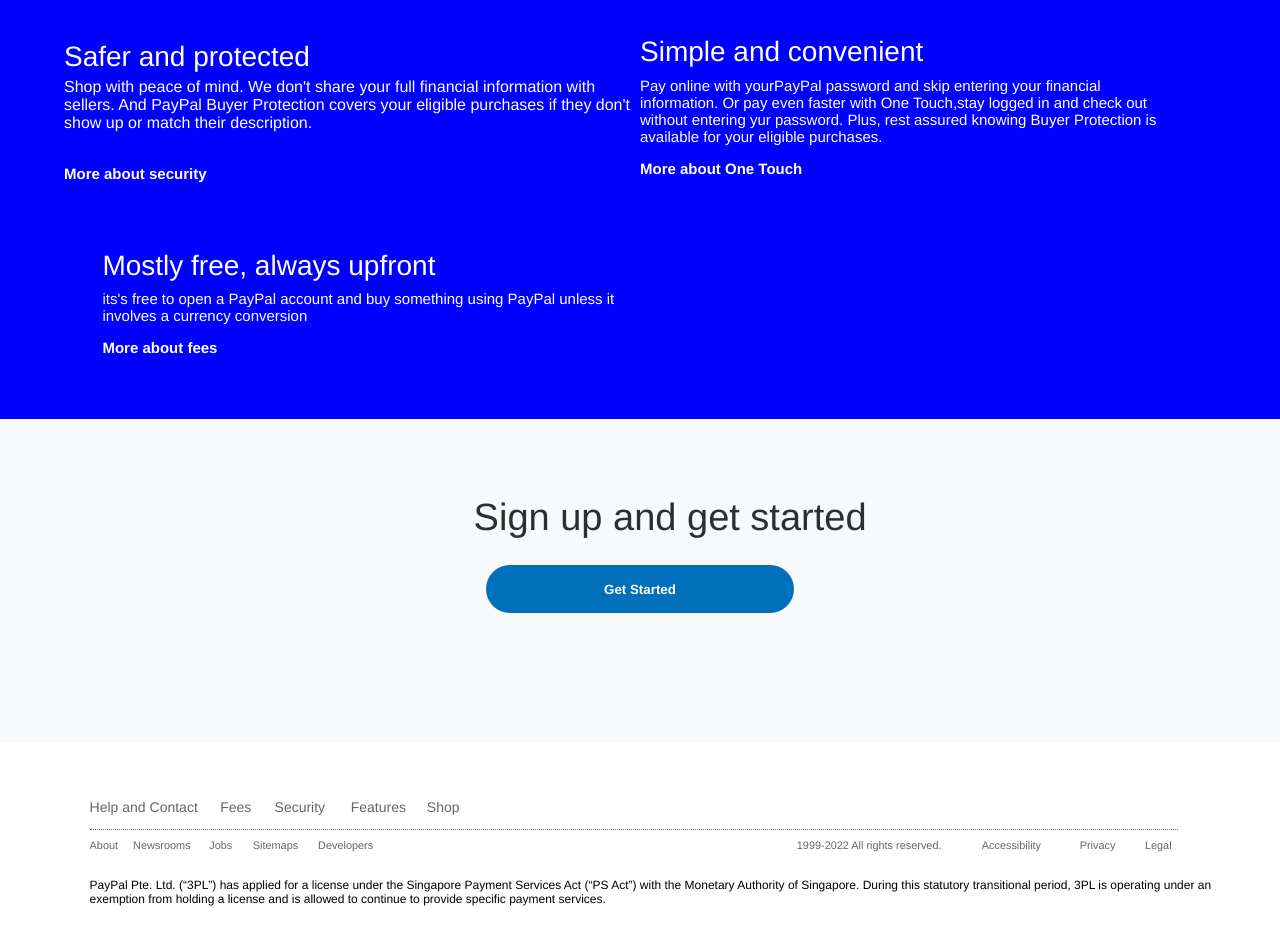
Repository: Jayeola3/Paypal
Page: ppal.html
An editor plug-in stored every save of this project. The page is shown before and after the next save, followed by the edit.
The browser window is 1280 px wide. The pictures show the part of the page from y = 1741 to 2693 px (the page is 2693 px tall).
A picture or video elsewhere on the page could not be fetched, so the positions and the page height are approximate. Some web libraries are served in a nearby version.

Above is the page before, as saved 2022-06-21 13:00:38.

### ppal.html
<!DOCTYPE html>
<html lang="en">
<head>
    <meta charset="UTF-8">
    <meta http-equiv="X-UA-Compatible" content="IE=edge">
    <meta name="viewport" content="width=device-width, initial-scale=1.0">
    <title>Document</title>
    <link rel="stylesheet" href="pay.css">
    <script src="https://kit.fontawesome.com/ae49a07b65.js" crossorigin="anonymous"></script>
    <script>
        function myFunction() {
            document.getElementById("drops").style.display="block";
        }
        </script>
</head>
<body>
    <div class="body">
        <div class="head">
            <img src="images/paypal.PNG" alt="" class="pal">
            <h3 class="sonal" onmouseover="myFunction()">Personal <i class="fa-light fas fa-angle-down"></i></h3>
            <button class="log">Log in</button>
            <button class="sign">Sign up</button>
        </div>
    </div>
    <div class="drop" id="drops">
        <a href="http://" class="link1">How PayPal Works <br><p class="lim">What can you do with a personal account</p></a>
        <a href="http://" class="link2">Pay Online <br><p class="lim2">Online payment without borders</p></a>
        <a href="http://" class="link3">Send Payments <br><p class="lim3">Send payment abroad</p></a>
        <a href="http://" class="link4">Search for Deals <br><p class="lim4">Pay with paypal and save money</p></a>
    </div>
    <div class="div1">
        <div class="in">The simpler, safer way to pay online</div>
        <button class="free">Sign up for free</button><p class="business">
        Own a business?<a href="http://"> Open a business account</a></p>
    </div>
    <div class="div2">
        <div class="ins">
            Paypal is for everyone who pays online.
        </div>
        <img src="images/1-individuals.jpg" alt="" class="indiv">
        <h3 class="individ">Individuals</h3>
        <p class="reason">Find out why we have more than 200M active accounts worldwide.</p>
        <button class="learn">Learn More</button>
    </div>
    <div class="div3">
        <div class="connect">
            Paypal connects buyers and sellers.
        </div>
        <p class="buys">For buyers <br>____________</p>
        <img src="images/buyonline_browser1.png" class="image1">
        <img src="images/buyonline_browser2.png" class="image2">
        <img src="images/buyonline_browser3.png" class="image3">
        <div class="num1">
           <p class="one"> 1</p>
        </div>
        <div class="signs">
            <p  class="steps"><a href="http://" class="links">Sign up</a> with just an email address and <br>password.</p>
        </div>
        <div class="num2">
            <p class="two"> 2</p>
         </div>
         <div class="sig">
             <p>Securely add a card.</p>
         </div>
         <div class="num3">
            <p class="three"> 3</p>
         </div>
         <div class="sigs">
             <p>Use the paypal button to check out with<br> just an email address and password.</p>
         </div>
         <button class="learns"> Learn More</button>
    </div>
    <div class="div4">
        <h2 class="active">Join 200m active PayPal accounts worldwide.</h2>
        <div class="safer">
            <h3 class="safe">Safer and protected</h3>
            <p>Shop with peace of mind. We don't share your full financial information with <br>sellers. And PayPal Buyer Protection covers your eligible purchases if they don't <br>show up or match their description.</p>
            <a href="http://" class="more" id="mores">More about security</a>
        </div>
        <div class="frees">
            <h3 class="front">Mostly free, always upfront</h3>
            <p>its's free to open a PayPal account and buy something using PayPal unless it <br>involves a currency conversion</p>
            <a href="http://" class="more">More about fees</a>
        </div>

        <div class="simple">
            <h3 class="con">Simple and convenient</h3>
            <p >Pay online with yourPayPal password and skip entering your financial <br>information. Or pay even faster with One Touch,stay logged in and check out <br>without entering yur password. Plus, rest assured knowing Buyer Protection is <br>available for your eligible purchases.</p>
            <a href="http://" class="more">More about One Touch</a>
        </div>

    </div>
    <div class="div5">
        <h2 class="start">Sign up and get started</h2>
        <button class="started"> Get Started</button>
    </div>
    <div class="help">
        <div class="move">
            <a href="http://" class="lin">Help and Contact</a>
            <a href="http://" class="win"> Fees</a>
            <a href="http://" class="gin">Security</a>
            <a href="http://" class="sin">Features</a>
            <a href="http://" class="qin">Shop</a>
        </div>
        <div class="bout">
            <a href="http://" class="bin">About</a>
            <a href="http://" class="won">Newsrooms</a>
            <a href="http://" class="gon">Jobs</a>
            <a href="http://" class="son">Sitemaps</a>
            <a href="http://" class="qon">Developers</a>
            <a href="http://" class="rights">1999-2022 All rights reserved.</a>
            <a href="http://" class="access">Accessibility</a>
            <a href="http://" class="privacy">Privacy</a>
            <a href="http://" class="legal">Legal</a>
        </div>
        <p class="limited">PayPal Pte. Ltd. (“3PL”) has applied for a license under the Singapore Payment Services Act (“PS Act”) with the Monetary Authority of Singapore. During this statutory transitional period, 3PL is operating under an <br>exemption from holding a license and is allowed to continue to provide specific payment services.</p>
    </div>
</body>
</html>

### pay.css
*{
    font-family: "Helvetica Neue",Helvetica,Arial,sans-serif;
}
body{
    padding: 0;
    margin: 0;
}
.head{
    width: 100%;
    height: 10%;
    position: absolute;
    top: 0%;
}
.pal{
    position: absolute;
    left: 7%;
    top:10%;
}
.drop{
    width: 100%;
    height: 25%;
    position: absolute;
    top: 10%;
    display: none;
    background-color:blue;
    font-size: 14px;
    font-weight: 10;
    z-index: 1;
}
.link1{
    position: absolute;
    top: 10%;
    left: 15%;
    width: 20%;
}
.link1:hover{
    color: white;
    text-decoration: underline;
}
.link2{
    position:absolute;
    top: 60%;
    left: 15%;
    width: 18%;
}
.link2:hover{
    color: white;
    text-decoration: underline;
}
.link3{
    position: absolute;
    right: 23.5%;
    top: 10%;
    width: 18%;
}
.link3:hover{
    color: white;
    text-decoration: underline;
}
.link4{
    position: absolute;
    right: 23.5%;
    top: 60%;
    width: 18%;
}
.link4:hover{
    color: white;
    text-decoration: underline;
}
.lim{
    position: absolute;
    top: 65%;
    font-size: smaller;
}
.lim:hover{
    color: white;
    text-decoration: underline;
}
.lim2{
    position: absolute;
    top: 65%;
    font-size: smaller;
}
.lim2:hover{
    color: white;
    text-decoration: underline;
}
.lim3{
    position: absolute;
    top: 65%;
    font-size: smaller;
}
.lim3:hover{
    color: white;
    text-decoration: underline;
}
.lim4{
    position: absolute;
    top: 65%;
    font-size: smaller;
}
.lim4:hover{
    color: white;
    text-decoration: underline;
}
.sonal{
    position: absolute;
    left: 46%;
    top:10%;
}
.log{
    position: absolute;
    right: 16%;
    top: 30%;
    font-size: 13px;
    font-weight: 800;
    color: blue;
    background-color: white;
    border: 1px solid blue;
    width: 6%;
    height: 50%;
    border-radius: 15px;
}
.sign{
    position: absolute;
    right: 9%;
    top: 30%;
    background-color: blue;
    color: white;
    font-size: 13px;
    font-weight: 800;
    box-shadow: none;
    width: 6%;
    height: 50%;
    border-radius: 18px;
    border: none;
}
.div1{
    background-color: blueviolet;
    width: 100%;
    height: 60%;
    position: absolute;
    bottom: 30%;
    text-align: center;
    font-weight: 100;
    color: white;
    font-size: 45px;
}
.in{
    position: absolute;
    top: 32%;
    left: 24%;
}
.free{
    position: absolute;
    top: 58%;
    left: 35%;
    width: 25%;
    height: 10%;
    border:none;
    border-radius: 18px;
    color: white;
    background-color: blue;
    font-size: 16px;
    font-weight: 600;
}
.business{
    position: absolute;
    top: 67%;
    left: 38%;
    font-size: 15px;
}
a{
    font-weight: 800;
    text-decoration: none;
    color: white;
}
a:hover{
    text-decoration: underline;
    color: blue;
}
.div2{
    width: 100%;
    height: 50%;
    position: absolute;
    top: 80%;
    text-align: center;
    font-weight: 100;
    font-size: 45px;
}
.indiv{
    position: absolute;
    top: 28%;
    left: 48%;
}
.individ{
    position: absolute;
    top: 48%;
    left: 46%;
    font-size: 25px;
}
.reason{
    position: absolute;
    top:63%;
    left: 32%;
    font-size: 18px;
}
.learn{
    position: absolute;
    top: 79%;
    left: 42%;
    font-size: 15px;
    width: 14%;
    color: blue;
    background-color: white;
    border-radius: 22px;
    border:1px solid blue;
    height: 15%;
}
.div3{
    width: 100%;
    height: 80%;
    position: absolute;
    top: 140%;
    text-align: center;
    background-color: #f7f9fa;
    font-weight: 100;
    font-size: 45px;
}
.connect{
    position: absolute;
    top: 7%;
    left: 30%;
    font-size: 35px;
    font-weight: light;
}
.buys{
    position: absolute;
    top: 18%;
    left: 47%;
    font-size: 14px;
    font-weight: 10;
}
.image1{
    position: absolute;
    top: 32%;
    left: 13%;
}
.image2{
    position: absolute;
    top: 32%;
    left: 43%;
}
.image3{
    position: absolute;
    top: 32%;
    left: 73%;
}
.num1{
    position: absolute;
    top: 64%;
    left: 7%;
    width: 3%;
    height: 7.5%;
    font-size: 20px;
    border:1px solid gray;
    border-radius: 100%;
}
.one{
    position: absolute;
    top:-27%;
    left: 37%;
}
.signs{
    position: absolute;
    top:62%;
    left: 11%;
    font-size: 14px;
    text-align: justify;
}
.links{
    color:blue;
    text-decoration: none;
}
.links:hover{
    color:blue;
    text-decoration: underline;
}
.num2{
    position: absolute;
    top: 64%;
    left: 39%;
    width: 3%;
    height: 7.5%;
    font-size: 20px;
    border:1px solid gray;
    border-radius: 100%;
}
.two{
    position: absolute;
    top:-27%;
    left: 37%;
}
.sig{
    position: absolute;
    top:62%;
    left: 43%;
    font-size: 14px;
}
.num3{
    position: absolute;
    top: 64%;
    left: 69%;
    width: 3%;
    height: 7.5%;
    font-size: 20px;
    border:1px solid gray;
    border-radius: 100%;
}
.three{
    position: absolute;
    top:-27%;
    left: 37%;
}
.sigs{
    position: absolute;
    top:62%;
    left: 73%;
    text-align: justify;
    font-size: 14px;
}
.learns{
    position: absolute;
    top: 80%;
    left: 42%;
    font-size: 15px;
    width: 14%;
    background-color: #ffffff;
    color: blue;
    border-radius: 22px;
    border:1px solid blue;
    height: 10%;
}
.div4{
    width: 100%;
    height: 80%;
    position: absolute;
    top: 220%;
    background-color: blue;

}
.active{
    font-size: 40px;
    position: absolute;
    left: 19%;
    top: 3%;
    color: white;
}
.simple{
    position: absolute;
    left: 50%;
    top: 38%;
    color: white;
    font-size: 14.994px;
    font-weight: 500;
    font-family: "Helvetica Neue",Helvetica,Arial,sans-serif;;
}
.con{
    position: absolute;
    top: -47%;
    font-size: 28px;
    font-weight: 200;
}
.pro{
    width: 50%;
    position: absolute;
    top: 90%;
}
.frees{
    position: absolute;
    left: 8%;
    top: 75%;
    color: white;
    font-size: 14.994px;
    font-weight: 500;
    font-family: "Helvetica Neue",Helvetica,Arial,sans-serif;
}
.front{
    position: absolute;
    top: -65%;
    font-size: 28px;
    font-weight: 200;
}
.safer{
    position: absolute;
    left: 5%;
    top: 38%;
    font-size: 14.994 px;
    font-weight: 500;
    font-family: "Helvetica Neue",Helvetica,Arial,sans-serif;
    color: white;
}
.safe{
    position: absolute;
    top: -57%;
    font-size: 28px;
    font-weight: 200;
}
#mores{
    position: absolute;
    top: 120%;
}
.more{
    font-size: 15px;
    font-weight: 800;
}
.more:hover{
    text-decoration: underline;
    color: white;
}
.div5{
    width: 100%;
    height: 45%;
    position: absolute;
    top: 300%;
    text-align: center;
    background-color:#f7f9fa;
}
.start{
    position:absolute;
    top: 14%;
    left: 37%;
    color: #2c2e2f;
    font-size: 38px;
    font-weight: 100;
}
.started{
    position: absolute;
    top: 45%;
    left: 38%;
    width: 24%;
    height: 15%;
    border: none;
    border-radius: 124px;
    font-weight: 800;
    background-color: #0070ba;
    color: white;
}
.help{
    width: 100%;
    height: 34%;
    position: absolute;
    top: 340%;
}
.move{
    position: absolute;
    left: 7%;
    top: 25%;
    width: 85%;
    height: 25%;
    font-size: 15px;
    font-weight: 100;
    text-align:center;
    border:1px dotted #666666;
    border-top: none;
    border-left: none;
    border-right: none;
}
.lin{
    position: absolute;
    left: 0%;
    top: 50%;
    color: #666666;
    font-size: 14px;
    font-weight: 200;
}
.lin:hover{
    color: #666666;
}
.win{
    position: absolute;
    left: 12%;
    top: 50%;
    color: #666666;
    font-size: 14px;
    font-weight: 200;
}
.win:hover{
    color: #666666;
}
.gin{
    position: absolute;
    left: 17%;
    top: 50%;
    color: #666666;
    font-size: 14px;
    font-weight: 200;
}
.gin:hover{
    color: #666666;
}
.sin{
    position: absolute;
    left: 24%;
    top: 50%;
    color: #666666;
    font-size: 14px;
    font-weight: 200;
}
.sin:hover{
    color: #666666;
}
.qin{
    position: absolute;
    left: 31%;
    top: 50%;
    color: #666666;
    font-size: 14px;
    font-weight: 200;
}
.qin:hover{
    color: #666666;
}
.bout{
    position: absolute;
    left: 7%;
    top: 54%;
    width: 85%;
    font-size: 10.9px;
    color: #666666;

}
.bin{
    color: #666666;
    font-weight: lighter;
}
.bin:hover{
    color: #666666;
}
.won{
    position: absolute;
    left: 4%;
    color: #666666;
    font-weight: lighter;
}
.won:hover{
    color: #666666;
}
.gon{
    position: absolute;
    left: 11%;
    color: #666666;
    font-weight: lighter;
}
.gon:hover{
    color: #666666;
}
.son{
    position: absolute;
    left: 15%;
    color: #666666;
    font-weight: lighter;
}
.son:hover{
    color: #666666;
}
.qon{
    position: absolute;
    left: 21%;
    color: #666666;
    font-weight: lighter;
}
.qon:hover{
    color: #666666;
}
.rights{
    position: absolute;
    left: 65%;
    font-weight: lighter;
    color: #666666;
}
.rights:hover{
    color: #666666;
    text-decoration: none;
}
.access{
    position: absolute;
    left: 82%;
    color: #666666;
    font-weight: lighter;
}
.access:hover{
    color: #666666;
}
.privacy{
    position: absolute;
    left: 91%;
    color: #666666;
    font-weight: lighter;
}
.privacy:hover{
    color: #666666;
}
.legal{
    position: absolute;
    left: 97%;
    color: #666666;
    font-weight: lighter;
}
.legal:hover{
    color: #666666;
}
.limited{
    position: absolute;
    top: 65%;
    left: 7%;
    font-size: 12px;
}

After the next save:
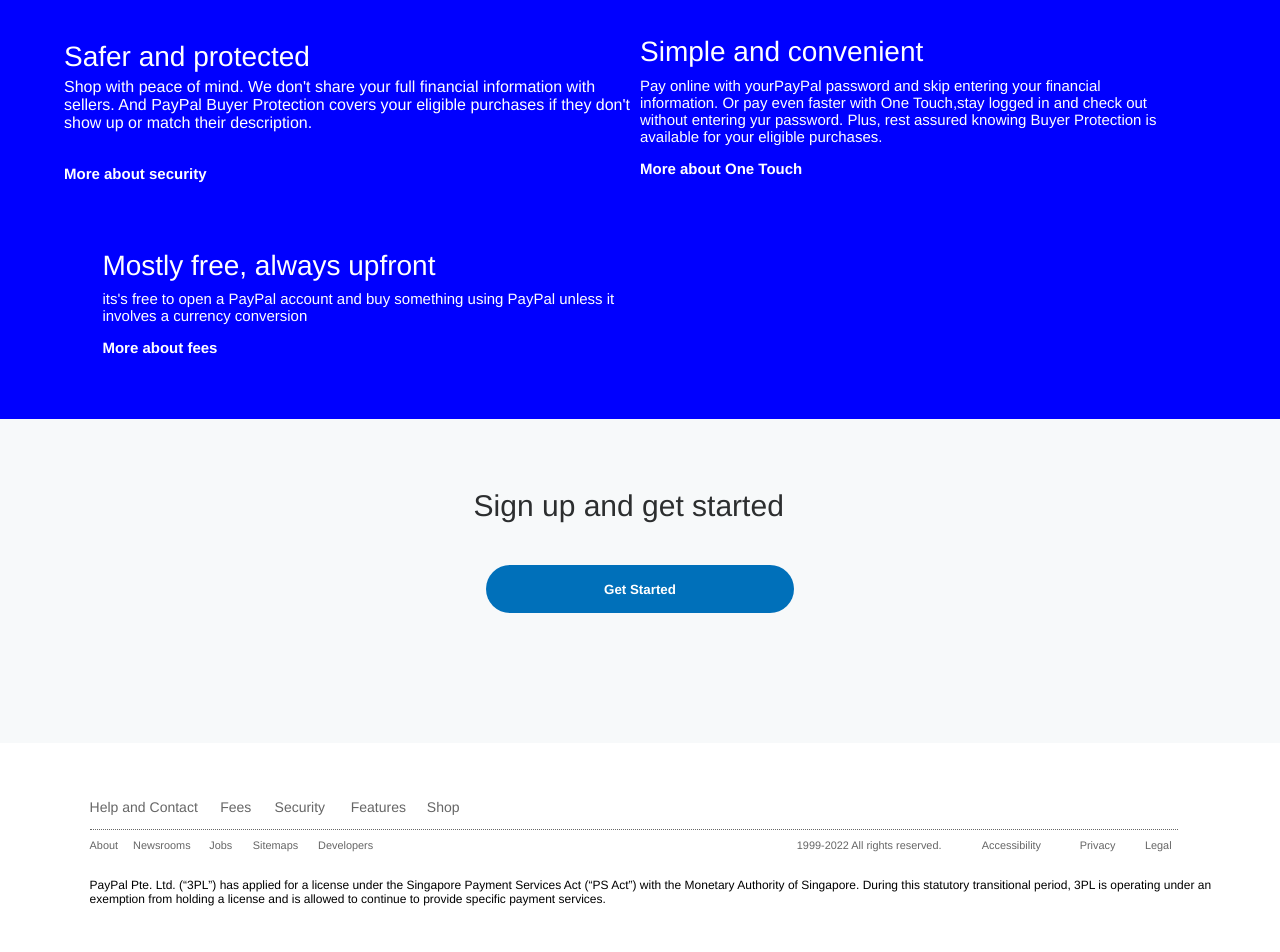
Saved 27 s later.
--- a/pay.css
+++ b/pay.css
@@ -431,7 +431,7 @@
     top: 14%;
     left: 37%;
     color: #2c2e2f;
-    font-size: 38px;
+    font-size: 30px;
     font-weight: 100;
 }
 .started{
